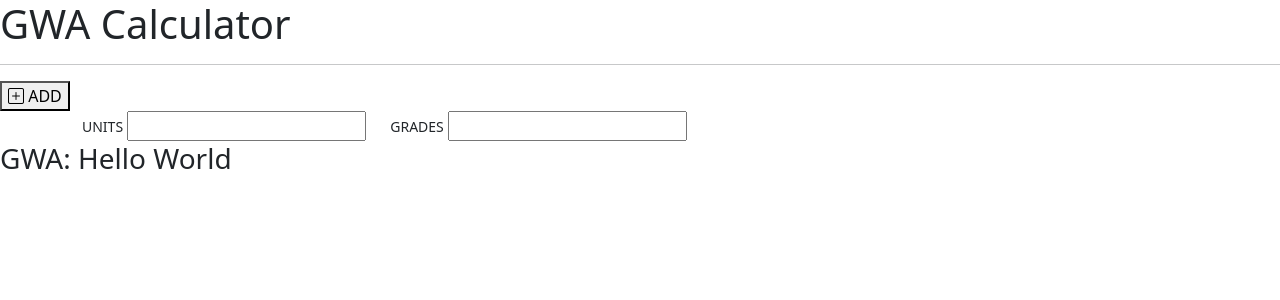
Repository: yonora/GWACalculator
Page: index.html
These files come from the project's save history. The page is drawn as it stood at one moment and after the next save; the edit follows.
The browser window is 1280 px wide. The pictures show the whole page.

Above is the page before, as saved 2025-01-04 23:11:57.
Console error: TypeError: document.onload is not a function

### index.html
<!DOCTYPE html>
<html lang="en">
<head>
    <meta charset="UTF-8">
    <meta name="viewport" content="width=device-width, initial-scale=1.0">
    <link rel="stylesheet" href="https://cdn.jsdelivr.net/npm/bootstrap@5.3.3/dist/css/bootstrap.min.css">
    <link rel="stylesheet" href="https://cdn.jsdelivr.net/npm/bootstrap-icons@1.11.3/font/bootstrap-icons.min.css">
    <script src="js.js"></script>
    <title>GWA Calculator</title>
</head>
<body>
    <h1>GWA Calculator</h1>
    <hr>
    <button class="col-auto add" onclick="add()"><i class="bi bi-plus-square"></i> ADD</button>
    <div class="container" id="container">
        <div class="row" class="grade-container">
            <div class="col-auto">
                <label class="col-form-label-sm">UNITS</label>
                <input type="number" class="col-form-control" class="units"  name="units">
            </div>
            <div class="col-auto">
                <label class="col-form-label-sm">GRADES</label>
                <input type="text" class="col-form-control" class="grades"  name="grades">
            </div>
        </div>
    </div>
    <h3>GWA: <span id="gwa"></span></h3>
    <script>
        document.onload(compute());
    </script>
</body>
</html>

### js.js
function add(){
    const container = document.getElementById('container');
    container.innerHTML +=
        `<div class="row" class="grade-container">
            <div class="col-auto">
                <label class="col-form-label-sm">UNITS</label>
                <input type="number" class="col-form-control" class="units" name="units">
            </div>
            <div class="col-auto">
                <label class="col-form-label-sm">GRADES</label>
                <input type="text" class="col-form-control" class="grades" name="grades">
            </div>
        </div>`
    ;
}

function compute(){
    const grades = document.querySelectorAll('grades');
    const units = document.querySelectorAll('units');

    const totalUnits = 0;

    grades.forEach(grade => {
        units.forEach(unit => {
        totalUnits += unit;
        });
    });


    gwa.innerHTML = "Hello World";
}

After the next save:
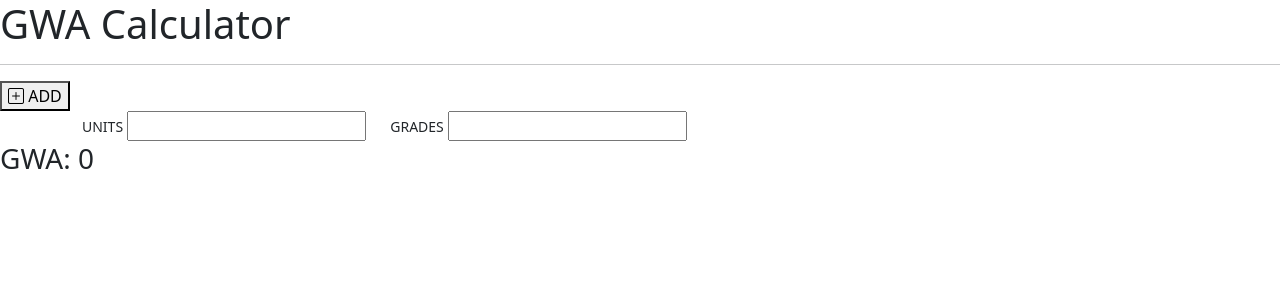
Saved 8 s later.
--- a/js.js
+++ b/js.js
@@ -27,5 +27,5 @@ function compute(){
     });
 
 
-    gwa.innerHTML = "Hello World";
+    gwa.innerHTML = totalUnits;
 }
